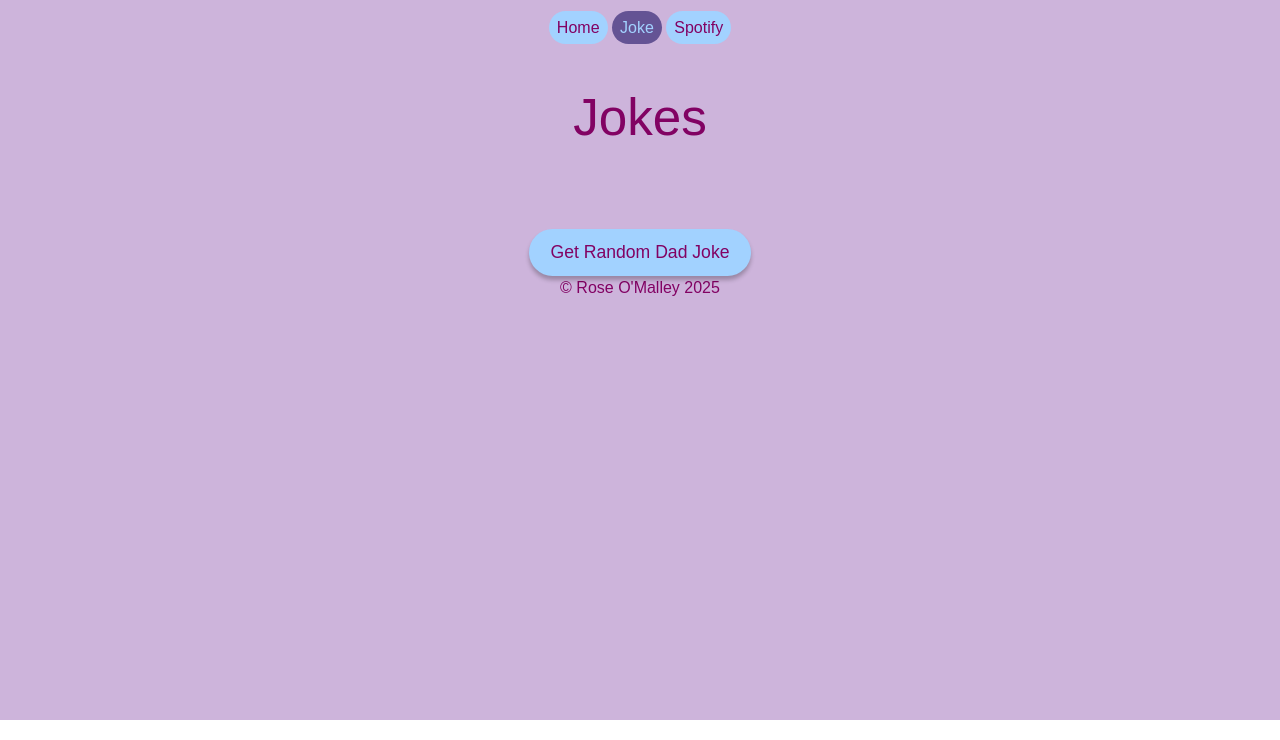
Repository: rosieomusic/spotify-react
Page: /#/joke
These files come from the project's save history. The page is drawn as it stood at one moment and after the next save; the edit follows.
The browser window is 1280 px wide. The pictures show the whole page.
The page's requests for data from a server got no answer. Some web fonts or font styles are not loaded; a fallback is used. The project was rebuilt for these pictures with package versions that can differ from the ones it lists, and the page was loaded fresh each time. No one was signed in, and anything a server would have sent is missing. Also part of the build but not shown: vite.config.js, src/pages/HomePage.jsx, src/services/SpotifyService.js, src/components/AlbumComponent.jsx, src/pages/SpotifyPage.jsx.

Above is the page before, as saved 2025-05-22 15:49:17.

After the next save:
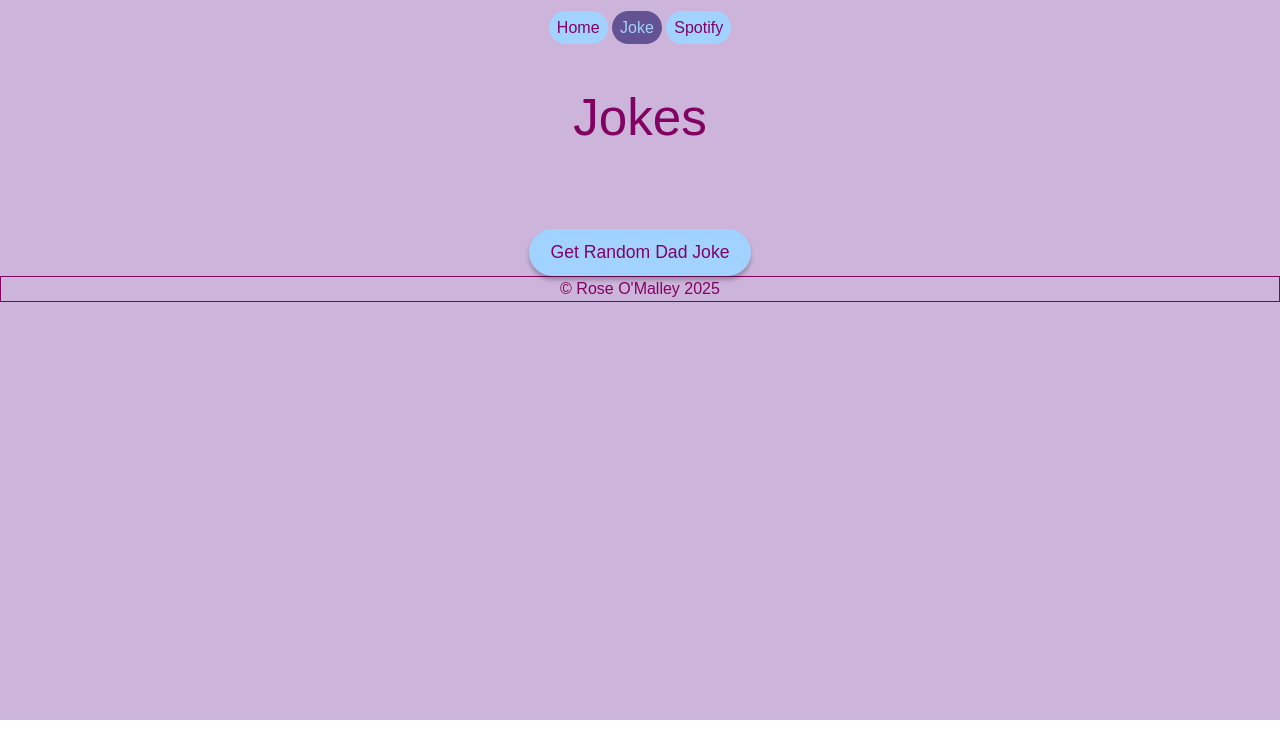
Saved 23 s later.
--- a/src/App.css
+++ b/src/App.css
@@ -180,7 +180,7 @@
 }
 footer {
 	background-color: #cdb4db;
-	border: none;
+	border: 1px solid #820263;
 }
 ol {
 	display: flex;
